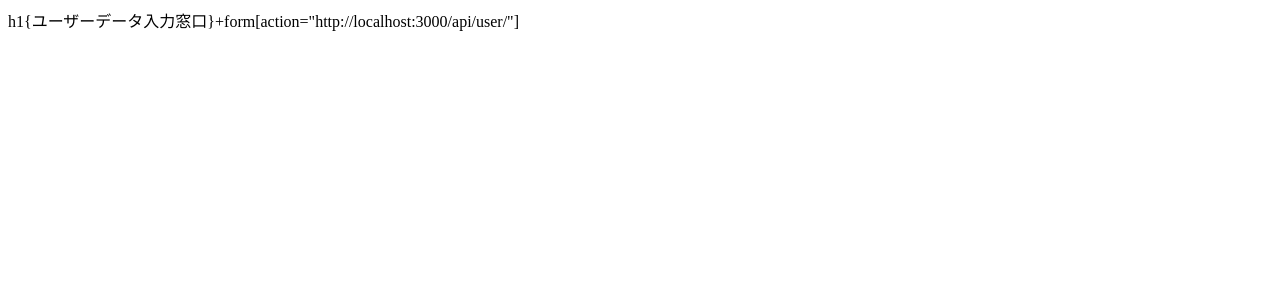
Repository: isopets/next-market
Page: form2.html
An editor plug-in stored every save of this project. The page is shown before and after a run of saves, followed by the edit.
The browser window is 1280 px wide. The pictures show the whole page.

Above is the page before, as saved 2022-06-08 00:47:15.

### form2.html
<!DOCTYPE html>
<html lang="en">

<head>
    <meta charset="UTF-8">
    <meta http-equiv="X-UA-Compatible" content="IE=edge">
    <meta name="viewport" content="width=device-width, initial-scale=1.0">
    <title>Document</title>
</head>

<body>
    h1{ユーザーデータ入力窓口}+form[action="http://localhost:3000/api/user/"]
</body>

</html>

After the next 2 saves:
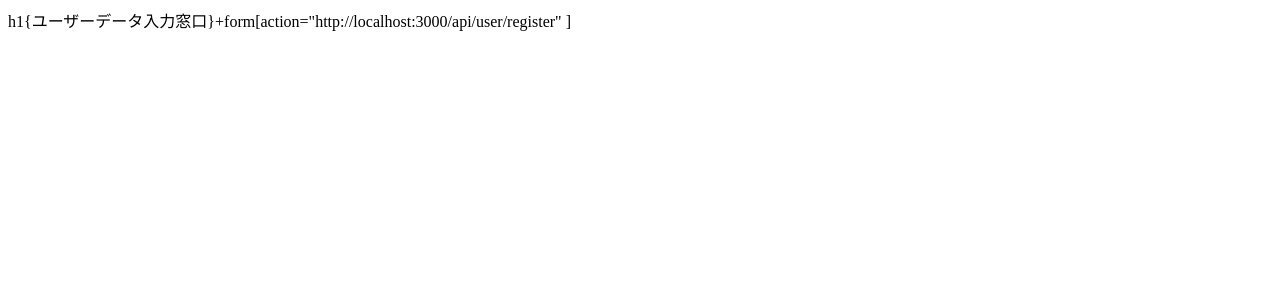
The 2 saves are shown as one change because they came seconds apart.
The last was saved 7 s later.
--- a/form2.html
+++ b/form2.html
@@ -9,7 +9,7 @@
 </head>
 
 <body>
-    h1{ユーザーデータ入力窓口}+form[action="http://localhost:3000/api/user/"]
+    h1{ユーザーデータ入力窓口}+form[action="http://localhost:3000/api/user/register" ]
 </body>
 
 </html>
